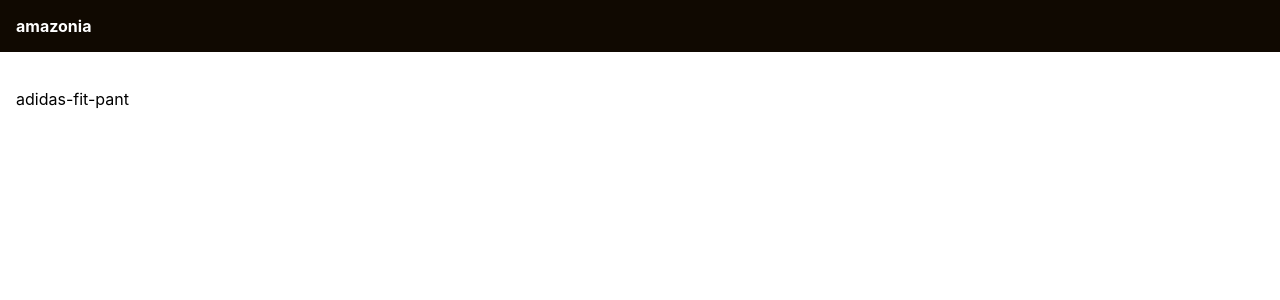
Repository: ninambash/E-comm-site
Page: /product/adidas-fit-pant
An editor plug-in stored every save of this project. The page is shown before and after a run of saves, followed by the edit.
The browser window is 1280 px wide. The pictures show the whole page.
The project was rebuilt for these pictures with package versions that can differ from the ones it lists, and the page was loaded fresh each time. Also part of the build but not shown: src/data.js, src/screens/HomeScreen.jsx.

Above is the page before, as saved 2023-01-20 21:15:24.

After the next 3 saves:
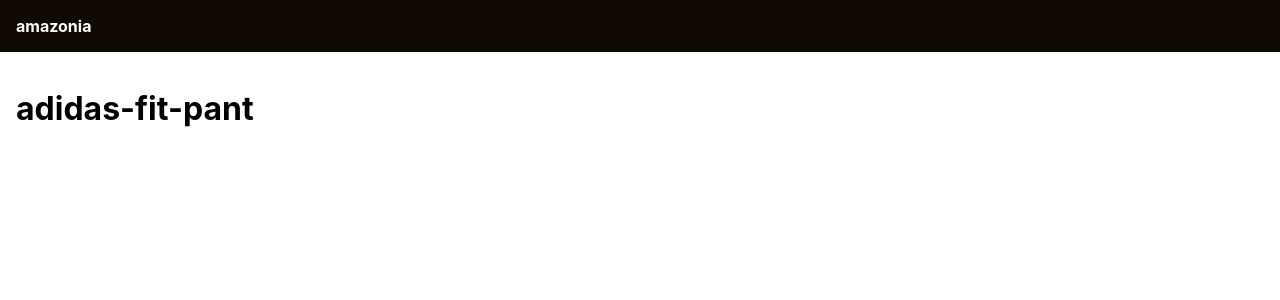
The 3 saves are shown as one change because they came seconds apart.
The last was saved 10 s later.
--- a/src/screens/ProductScreen.jsx
+++ b/src/screens/ProductScreen.jsx
@@ -9,10 +9,10 @@
 
   return (
     <div>
-       <h1>{}</h1>
+       <h1>{slug}</h1>
 
 
-        {slug}
+
 
         </div>
   )
